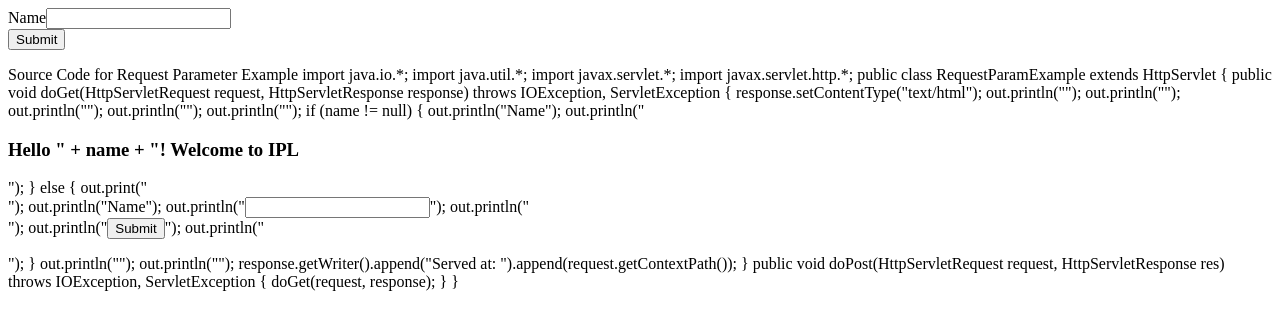
Repository: umng/Learn-to-Program
Page: Java/CTS_SFDC/workspace/Validate Player details/WebContent/index.html
The author's editor kept a copy of each file at every save. The page is drawn from the files as they stood at one save, then again after the next save.
The browser window is 1280 px wide. The pictures show the whole page.

Above is the page before, as saved 2017-02-23 08:33:42.

After the next save:
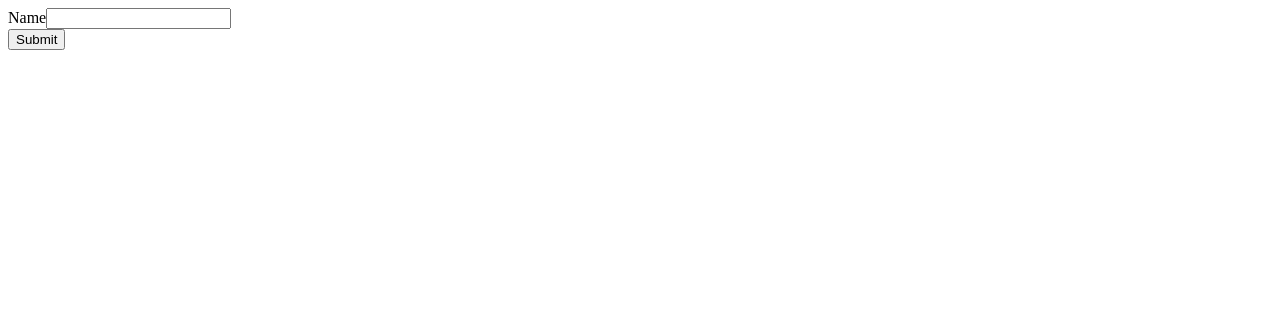
Saved 12 s later.
--- a/Java/CTS_SFDC/workspace/Validate Player details/WebContent/index.html
+++ b/Java/CTS_SFDC/workspace/Validate Player details/WebContent/index.html
@@ -7,47 +7,3 @@
 		</form>
 	</body>
 </html>
-
-
-Source Code for Request Parameter Example
-
-import java.io.*;
-import java.util.*;
-import javax.servlet.*;
-import javax.servlet.http.*;
-
-public class RequestParamExample extends HttpServlet {
-
-    public void doGet(HttpServletRequest request, HttpServletResponse response)
-    throws IOException, ServletException
-    {
-        response.setContentType("text/html");
-        out.println("<html>");
-        out.println("<head>");
-        out.println("<title>Welcome Servlet</title>");
-        out.println("</head>");
-        out.println("<body>");
-        if (name != null) {
-            out.println("Name");
-            out.println("<h3>Hello " + name + "! Welcome to IPL</h3>");
-        } else {
-	        out.print("<form action=\"");
-	        out.print("index.html\" ");
-	        out.println("method=GET>");
-	        out.println("Name");
-	        out.println("<input type=text name=name>");
-	        out.println("<br>");
-	        out.println("<input type=submit name=submit>");
-	        out.println("</form>");
-        }
-        out.println("</body>");
-        out.println("</html>");
-		response.getWriter().append("Served at: ").append(request.getContextPath());
-    }
-
-    public void doPost(HttpServletRequest request, HttpServletResponse res)
-    throws IOException, ServletException
-    {
-        doGet(request, response);
-    }
-}
